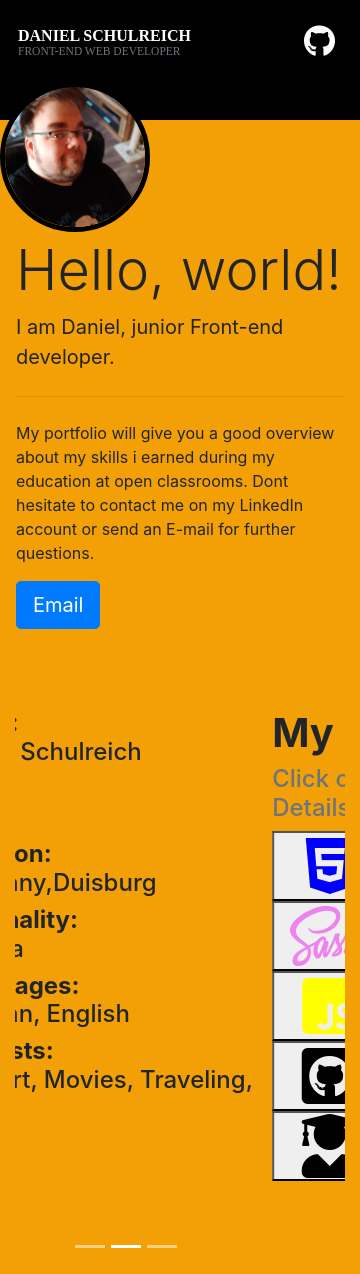
Repository: schulreich/my_portfolio
Page: index.html
These files come from the project's save history. The page is drawn as it stood at one moment and after the next save; the edit follows.
The browser window is 360 px wide. The pictures show the whole page.
Some web fonts or font styles are not loaded; a fallback is used. Some web libraries are served in a nearby version.

Above is the page before, as saved 2020-06-21 22:18:11.

### index.html
<!DOCTYPE html>
<html lang="en">
<head>
    <meta charset="UTF-8">
    <meta name="viewport" content="width=device-width, initial-scale=1.0">
    <meta http-equiv="X-UA-Compatible" content="ie=edge">
    <link rel="stylesheet" href="https://stackpath.bootstrapcdn.com/bootstrap/4.1.3/css/bootstrap.min.css" integrity="sha384-MCw98/SFnGE8fJT3GXwEOngsV7Zt27NXFoaoApmYm81iuXoPkFOJwJ8ERdknLPMO" crossorigin="anonymous">
    <link rel="stylesheet" href="css/main.css">
    <link rel="stylesheet" href="https://use.fontawesome.com/releases/v5.5.0/css/all.css" integrity="sha384-B4dIYHKNBt8Bc12p+WXckhzcICo0wtJAoU8YZTY5qE0Id1GSseTk6S+L3BlXeVIU" crossorigin="anonymous">

    <title>Document</title>
</head>
<body>
    <header>
        <div class="row">
            <div class="name">DANIEL SCHULREICH</div>
            <div class="title text-muted"><small>FRONT-END WEB DEVELOPER</small></div>
            <a class="btn btn-primary btn-sm follow d-none d-lg-block" href="https://www.linkedin.com/in/daniel-schulreich-a5347617b/" target="_blank" role="button"><i class="fab fa-linkedin "></i><i class="fas fa-arrow-left arrow-left text-primary"></i><small>Follow @schulreich</small></a>

            <div class="nav">
                    <ul>
                        <li class="github"><i class="fab fa-github fa-2x nav-icon"></i><a href="https://github.com/schulreich" target="_blank">GitHub</a>
                        </li>
                    </ul>
                </div>


        </div>
    </header>

    <section class="project-modal">

    <div class="modal fade bd-example-modal-lg" tabindex="-1" role="dialog" aria-labelledby="myLargeModalLabel" aria-hidden="true">
            <div class="modal-dialog modal-lg">
              <div class="modal-content">
                <div class="modal-header">
                  <h5 class="modal-title" id="exampleModalLabel"><strong>JavaScript Boardgame</strong></h5>
                  <button type="button" class="close" data-dismiss="modal" aria-label="Close">
                    <span aria-hidden="true">&times;</span>
                  </button>
                </div>
                <div class="modal-body modal-align">
                    <img class="modal-img" src="images/boardgame.png" alt="">
                </div>
                <div class="modal-footer">
                  <a href="https://schulreich.github.io/JavaScript_boardgame/" target="_blank" class="btn btn-primary btn-lg active" role="button" aria-pressed="true">Demo</a>
                  <button type="button" class="btn btn-secondary" data-dismiss="modal">Close</button>
                </div>
              </div>
            </div>
          </div>

          <div class="modal fade bd-cards-example-modal-lg" tabindex="-1" role="dialog" aria-labelledby="myLargeModalLabel" aria-hidden="true">
                <div class="modal-dialog modal-lg">
                  <div class="modal-content">
                    <div class="modal-header">
                      <h5 class="modal-title" id="exampleModalLabel"><strong>Bootstrap Moviefestival website</strong></h5>
                      <button type="button" class="close" data-dismiss="modal" aria-label="Close">
                        <span aria-hidden="true">&times;</span>
                      </button>
                    </div>
                    <div class="modal-body modal-align">
                        <img class="modal-img" src="images/moviefestival.png" alt="">
                    </div>
                    <div class="modal-footer">
                      <a href="https://schulreich.github.io/project-movie-festival/" target="_blank" class="btn btn-primary btn-lg active" role="button" aria-pressed="true">Watch</a>
                      <button type="button" class="btn btn-secondary" data-dismiss="modal">Close</button>
                    </div>
                  </div>
                </div>
              </div>


              <div class="modal fade bd-grid-example-modal-lg" tabindex="-1" role="dialog" aria-labelledby="myLargeModalLabel" aria-hidden="true">
                    <div class="modal-dialog modal-lg">
                      <div class="modal-content">
                        <div class="modal-header">
                          <h5 class="modal-title" id="exampleModalLabel"><strong>React Restaurant review website</strong></h5>
                          <button type="button" class="close" data-dismiss="modal" aria-label="Close">
                            <span aria-hidden="true">&times;</span>
                          </button>
                        </div>
                        <div class="modal-body modal-align">
                            <img class="modal-img" src="images/restaurantreview.png" alt="">
                        </div>
                        <div class="modal-footer">
                          <a href="https://schulreich.github.io/project_7/" target="_blank" class="btn btn-primary btn-lg active" role="button" aria-pressed="true">Demo</a>
                          <button type="button" class="btn btn-secondary" data-dismiss="modal">Close</button>
                        </div>
                      </div>
                    </div>
                  </div>


          <div class="modal fade bd-register-example-modal-lg" tabindex="-1" role="dialog" aria-labelledby="myLargeModalLabel" aria-hidden="true">
                <div class="modal-dialog modal-lg">
                  <div class="modal-content">
                    <div class="modal-header">
                      <h5 class="modal-title" id="exampleModalLabel"><strong>WordPress</strong></h5>
                      <button type="button" class="close" data-dismiss="modal" aria-label="Close">
                        <span aria-hidden="true">&times;</span>
                      </button>
                    </div>
                    <div class="modal-body modal-align">
                        <img class="modal-img" src="images/WordPress.png" alt="">
                    </div>
                    <div class="modal-footer">
                      <a href="http://dev-lifestylechaletsandcaviar.pantheonsite.io/" target="_blank" class="btn btn-primary btn-lg active" role="button" aria-pressed="true">Watch</a>
                      <button type="button" class="btn btn-secondary" data-dismiss="modal">Close</button>
                    </div>
                  </div>
                </div>
              </div>

    </section>

    <section class="skill-modal">

    <section class="container-fluid intro-section">

        <div class="row">
             <div class="intro col-lg-4 col-md-5 jumbotron">
                <h1 class="display-4">Hello, world!</h1>
                     <p class="lead"><b>I am Daniel, junior Front-end developer.</b></p>
                <hr class="my-4">
                     <p>My portfolio will give you a good overview about my skills i earned during my education at open classrooms. Dont hesitate to contact me on my LinkedIn account or send an E-mail for further questions.</p>
                            <a class="btn btn-primary btn-lg" href="mailto:schulreich_daniel@peppinet.de" target="_blank" role="button">Email</a>
          </div>


          <div class="col-lg-4 d-lg-block move">
              <img class="skew" src="https://dummyimage.com/200x753/000/000" alt="">
              <img class="rounded-circle " src="images/profile_img.jfif" alt="">
          </div>

<aside id="carouselExampleIndicators" class="col-lg-4 personal-information carousel slide" data-ride="carousel">
        <ol class="carousel-indicators">
                <li data-target="#carouselExampleIndicators" data-slide-to="0" class="active"></li>
                <li data-target="#carouselExampleIndicators" data-slide-to="1"></li>
                <li data-target="#carouselExampleIndicators" data-slide-to="2"></li>
              </ol>
    <div class="carousel-inner">
        <div class="carousel-item active">
              <h4><strong>Name:</strong> <br> Daniel Schulreich</h4>
              <h4><strong>Age:</strong> <br> 33</h4>
              <h4><strong>Location:</strong> <br> Germany,Duisburg</h4>
              <h4><strong>Nationality:</strong> <br> Austria</h4>
              <h4><strong>Languages:</strong> <br> German, English</h4>
              <h4><strong>Interests:</strong> <br> E-Sport, Movies, Traveling, Music</h4>
        </div>
        <div class="carousel-item">
            <aside class="skills"> <!-- text-center -->
              <h1><strong>My Skills</strong></h1>
              <h4 class="text-muted">Click on Icons for more Details</h4>
              <div class="y">
                <!--  justify-content-center -->
                <div class="row">

                  <div class="col-lg-4 col-6"><a href="https://openclassrooms.com/en/course-certificates/8254547573" target="_blank" class="active" role="button" aria-pressed="true"><button class="skill-button"><i class="fab fa-html5 fa-4x" ></i></a></div>
                  <div class="col-lg-4 col-6"><a href="https://openclassrooms.com/en/course-certificates/2811490125" target="_blank" class="active" role="button" aria-pressed="true"><button class="skill-button"><i class="fab fa-css3-alt fa-4x"></i></button></a></div>
                </div>
                <div class="row">
                    <div class="col-lg-4 col-6"><a href="https://openclassrooms.com/en/course-certificates/3315606497" target="_blank" class="active" role="button" aria-pressed="true"><button class="skill-button"><i class="fab fa-sass fa-4x"></i></button></a></div>
                    <div class="col-lg-4 col-6"><a href="https://openclassrooms.com/en/course-certificates/8340529448" target="_blank" class="active" role="button" aria-pressed="true"><button class="skill-button"><i class="fab fa-react fa-4x"></i></button></a></div>
                </div>
                <div class="row">
                  <div class="col-lg-4 col-6"><a href="https://openclassrooms.com/en/course-certificates/2140767815" target="_blank" class="active" role="button" aria-pressed="true"><button class="skill-button"><i class="fab fa-js-square fa-4x"></i></button></a></div>
                  <div class="col-lg-4 col-6"><a href="https://openclassrooms.com/en/course-certificates/8343798364" target="_blank" class="active" role="button" aria-pressed="true"><button class="skill-button"><i class="fab fa-wordpress fa-4x"></i></button></a></div>
                </div>
                <div class="row">
                  <div class="col-lg-4 col-6"><a href="https://openclassrooms.com/en/course-certificates/4342386076" target="_blank" class="active" role="button" aria-pressed="true"><button class="skill-button"><i class="fab fa-github-square fa-4x"></i></button></a></div>
                  <!-- Bootstrap icon was not Available-->
                  <div class="col-lg-4 col-6"><a href="https://openclassrooms.com/en/course-certificates/8244891630" target="_blank" class="active" role="button" aria-pressed="true"><button class="skill-button"><i class="fas fa-bold fa-4x"></i></button></a></div>
                </div>
                <div class="row">
                  <div class="col-lg-4 col-6"><a href="https://openclassrooms.com/en/learning-path-certificates/5664741678" target="_blank" class="active" role="button" aria-pressed="true"><button class="skill-button"><i class="fas fa-user-graduate fa-4x"></i></button></a></div>
                </div>
              </div>
            </aside>
        </div>
        <div class="carousel-item">
            <aside class="projects">
                <h1>Projects</h1>
                <h4 class="text-muted">Select Thumbnail</h4>

                <img src="images/boardgame.png" class="img-thumbnail thumbnail" data-toggle="modal" data-target=".bd-example-modal-lg" alt="...">
                <img src="images/moviefestival.png" class="img-thumbnail thumbnail" data-toggle="modal" data-target=".bd-cards-example-modal-lg" alt="..."> <br>
                <img src="images/restaurantreview.png" class="img-thumbnail thumbnail" data-toggle="modal" data-target=".bd-grid-example-modal-lg" alt="...">
                <img src="images/WordPress.png" class="img-thumbnail thumbnail" data-toggle="modal" data-target=".bd-register-example-modal-lg" alt="...">
            </aside>
        </div>
    </div>
</aside>

    </div>

    </section>









    <script src="https://code.jquery.com/jquery-3.3.1.slim.min.js" integrity="sha384-q8i/X+965DzO0rT7abK41JStQIAqVgRVzpbzo5smXKp4YfRvH+8abtTE1Pi6jizo" crossorigin="anonymous"></script>
<script src="https://cdnjs.cloudflare.com/ajax/libs/popper.js/1.14.3/umd/popper.min.js" integrity="sha384-ZMP7rVo3mIykV+2+9J3UJ46jBk0WLaUAdn689aCwoqbBJiSnjAK/l8WvCWPIPm49" crossorigin="anonymous"></script>
<script src="https://stackpath.bootstrapcdn.com/bootstrap/4.1.3/js/bootstrap.min.js" integrity="sha384-ChfqqxuZUCnJSK3+MXmPNIyE6ZbWh2IMqE241rYiqJxyMiZ6OW/JmZQ5stwEULTy" crossorigin="anonymous"></script>
</body>
</html>

### css/main.css
@import url("https://fonts.googleapis.com/css?family=Coda");
@keyframes mymove {
  0% {
    left: 16%;
  }
  100% {
    left: 31%;
  }
}

@media screen and (max-width: 1024px){
  @keyframes mymove{
      0%   {left: 16%;}
      100% {left: 12%;}
  }
}

@media screen and (max-width: 360px){
  @keyframes mymove{
      0%   {left: 0%;}
      100% {left: 0%;}
  }
}

@keyframes myskew {
  0% {
    transform: skew(52deg);
  }
  100% {
    transform: skew(0deg);
  }
}
@keyframes myfade {
  0% {
    opacity: 0;
  }
  25% {
    opacity: 0;
  }
  50% {
    opacity: 0.6;
  }
  75% {
    opacity: 0.8;
  }
  100% {
    opacity: 1;
  }
}
body {
  background-color: #f3a006;
}

header {
  background-color: black;
  height: 120px;
  font-family: "Coda";
}
header .name {
  position: absolute;
  left: 5%;
  top: 3%;
  color: white;
  font-weight: bolder;
}
header .title {
  position: absolute;
  top: 5%;
  left: 5%;
  color: white;
  font-size: 0.9em;
}
header .follow {
  position: absolute;
  left: 260px;
  top: 4%;
  border-radius: 5px;
  padding-top: 0;
  padding-bottom: 0;
  padding-right: 15px;
  padding-left: 3px;
}
header .arrow-left {
  position: absolute;
  left: -10%;
  top: 18%;
}
header .nav-icon {
  color: white;
}
header i {
  padding: 0 10px;
}
header ul {
  list-style-type: none;
}
header .nav ul {
  margin: 0;
  padding: 0;
  position: absolute;
  top: 10px;
  right: 0;
  font-size: 0px;
}
header .nav ul li {
  font-size: 12pt;
  display: inline-block;
  padding: 15px;
  transition: all 0.2s ease-in-out;
}
header .nav ul li a {
  font-family: FontAwesome;
  color: lime;
  font-size: 22pt;
  text-decoration: none;
}
header .nav ul .github.about .code .contact {
  background: black;
}
header .nav ul li i {
  display: block;
}
header .nav ul li a {
  display: none;
}
header .nav ul li:hover i {
  display: none;
}
header .nav ul li:hover a {
  display: block;
}
header .nav a:hover {
  color: lime;
}

.modal-img {
  width: 600px;
}

.modal-align {
  padding-left: 6rem;
}

.modal-header {
  background-color: #f3a006;
}

.modal-body {
  background-color: black;
}

.intro-section {
  background-color: #f3a006;
  /*}
  .rounded-circle:hover{
      left: 25%;
      transition: 2s left;
  }*/
}
.intro-section .intro {
  background-color: #f3a006;
  top: 85px;
}
.intro-section .skew {
  transform: skew(52deg);
  position: absolute;
  height: 157%;
  left: 36%;
  animation: myskew 2s 1 ease;
  animation-fill-mode: forwards;
}
@media screen and (max-width: 1024px){
  .intro-section .skew {
    transform: skew(52deg);
    position: absolute;
    height: 128%;
    left: 26%;
    animation: myskew 2s 1 ease;
    animation-fill-mode: forwards;
  }
}
@media screen and (max-width: 360px){
  .intro-section .skew {
    display: none;
  }
}
.intro-section .rounded-circle {
  position: absolute;
  border: solid 5px black;
  height: 300px;
  width: 300px;
  left: 20%;
  top: 33%;
  animation: mymove 2s 1 ease;
  animation-fill-mode: forwards;
}

@media screen and (max-width: 360px){
  .intro-section .rounded-circle {
    position: absolute;
    border: solid 5px black;
    height: 150px;
    width: 150px;
    left: 25%;
    top: -526px;
  }
}

.intro-section .personal-information {
  position: relative;
  top: 100px;
  animation: myfade 5s 1 ease;
  transition-delay: 3s;
}
.intro-section .carousel-inner {
  height: 565px;
}
.carousel-indicators{
  right: 30%;
}
.intro-section .skill-button {
  width: 115px;
}
.intro-section .fa-html5 {
  color: blue;
}
.intro-section .fa-css3-alt {
  color: pink;
}
.intro-section .fa-sass {
  color: violet;
}
.intro-section .fa-react {
  color: skyblue;
  width: 100px;
}
.intro-section .fa-js-square {
  color: yellow;
  width: 100px;
}
.intro-section .fa-bold{
  color:white;
  background-color: purple;
}
.intro-section .thumbnail {
  width: 200px;
  height: 200px;
}
@media screen and (max-width: 1024px){
  .intro-section .thumbnail {
    width: 200px;
    height: 105px;
  }
}

After the next save:
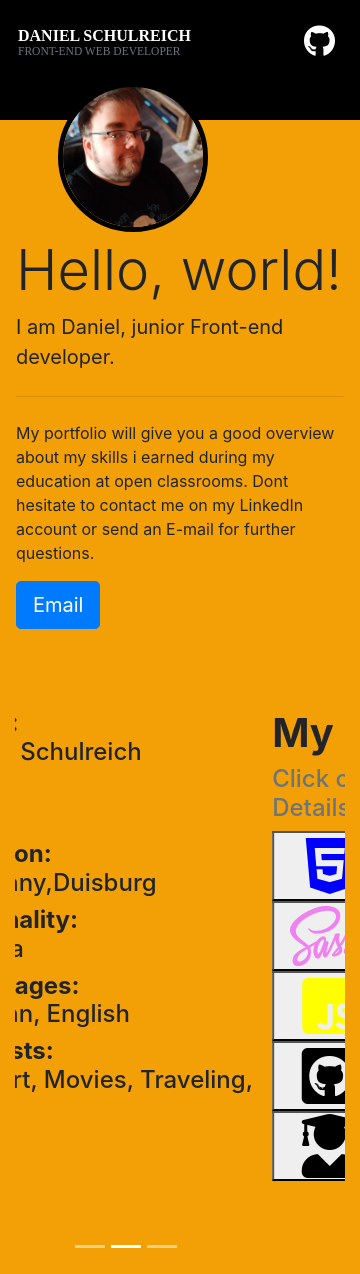
Saved 65 s later.
--- a/css/main.css
+++ b/css/main.css
@@ -18,7 +18,7 @@
 @media screen and (max-width: 360px){
   @keyframes mymove{
       0%   {left: 0%;}
-      100% {left: 0%;}
+      100% {left: 16%;}
   }
 }
 
